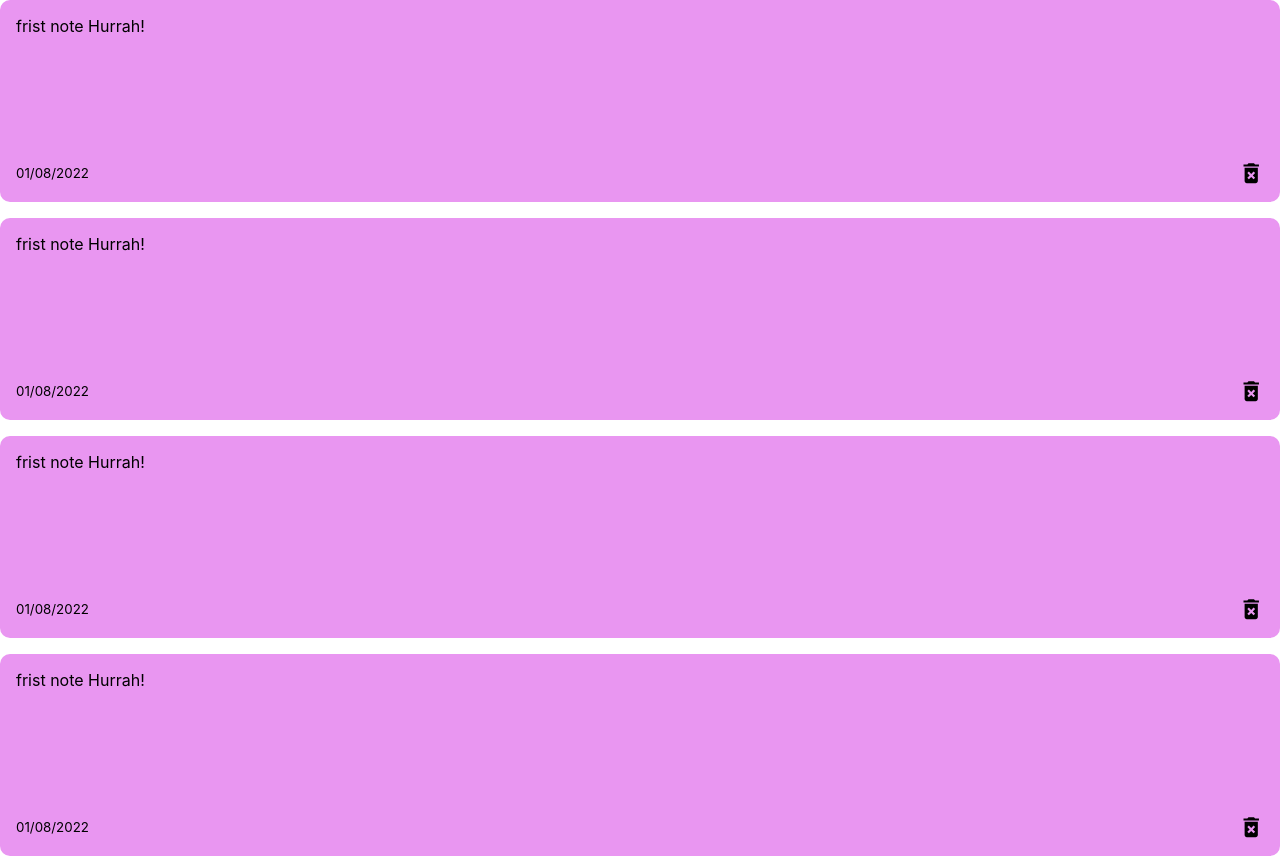
Repository: DeraBola/react-notes-app
Page: /
These files come from the project's save history. The page is drawn as it stood at one moment and after the next save; the edit follows.
The browser window is 1280 px wide. The pictures show the whole page.
The project was rebuilt for these pictures with package versions that can differ from the ones it lists, and the page was loaded fresh each time.

Above is the page before, as saved 2022-08-01 12:16:29.

### src/index.js
import React from 'react';
import ReactDOM from 'react-dom/client';
import './index.css';
import App from './App';


const root = ReactDOM.createRoot(document.getElementById('root'));
root.render(
  <React.StrictMode>
    <App />
  </React.StrictMode>
);

### src/index.css
body {
    margin: 0;
    font-family: -apple-system, BlinkMacSystemFont, 'Segoe UI', 'Roboto', 'Oxygen', 'Ubuntu', 'Cantarell', 'Fira Sans', 'Droid Sans', 'Helvetica Neue', sans-serif;
    -webkit-font-smoothing: antialiased;
    -moz-osx-font-smoothing: grayscale;
}

code {
    font-family: source-code-pro, Menlo, Monaco, Consolas, 'Courier New', monospace;
}

.notes-list {
    display: grid;
    grid-gap: 1rem;
    grid-template-columns: repeat(auto-fit, minmax(250px, 1f));
}

.note {
    background-color: #e996f1;
    border-radius: 10px;
    padding: 1rem;
    min-height: 170px;
    display: flex;
    flex-direction: column;
    justify-content: space-between;
}

.note-footer {
    display: flex;
    align-items: center;
    justify-content: space-between;
}

### src/App.js
import NotesList from './components/NotesList';

 const App = () =>{
   return(
    <div className="container" >
      <NotesList />
    </div>
   )
 }

 export default App;

### src/components/NotesList.js
import Note from './Note';

const NotesList  = () => {
return(
    <div className="notes-list">
        <Note />
        <Note />
        <Note />
        <Note />
    </div>
);
};

export default NotesList;

### src/components/Note.js

import { MdDeleteForever } from 'react-icons/md'

const Note  = () => {
    return(
        <div className='note'>
             <span>frist note Hurrah!</span>
             <div className="note-footer">
                <small>01/08/2022</small>
                <MdDeleteForever className='delete-icon' size='0.7cm' />
             </div>
        </div>
    );
    };

    export default Note;

Loaded but not shown: public/index.html (common file)

After the next save:
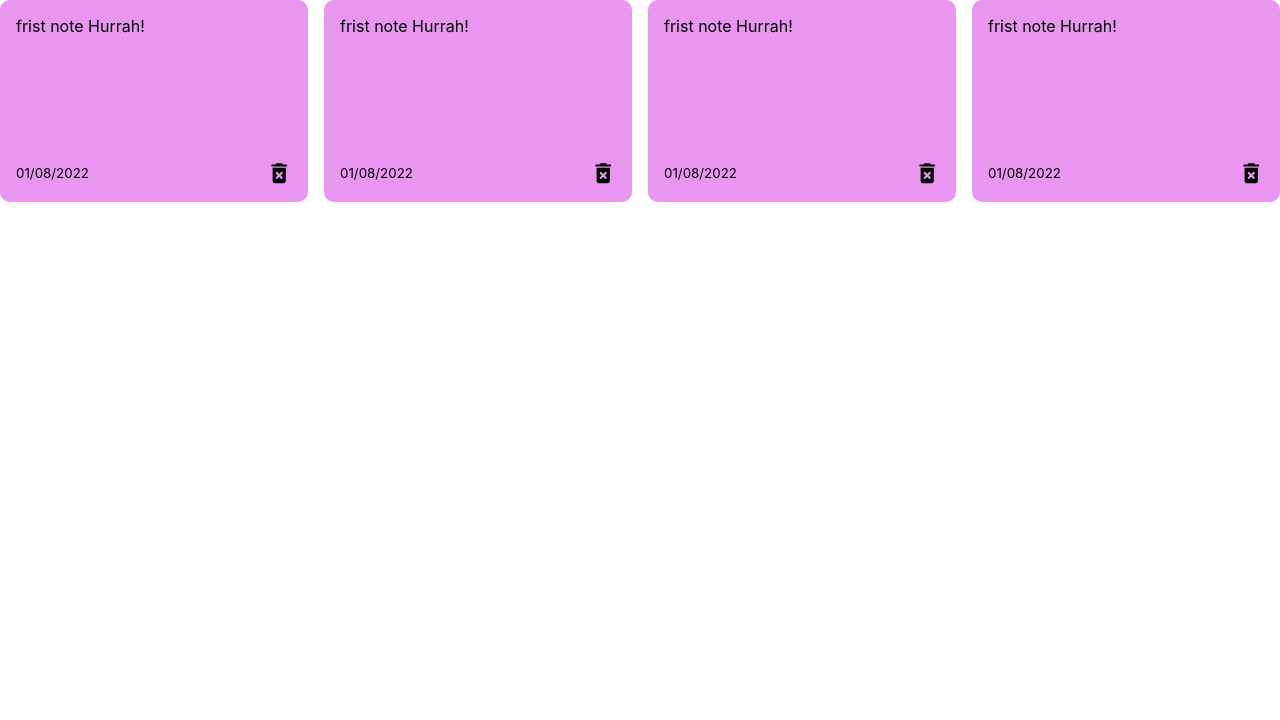
Saved 27 s later.
--- a/src/index.css
+++ b/src/index.css
@@ -12,7 +12,7 @@ code {
 .notes-list {
     display: grid;
     grid-gap: 1rem;
-    grid-template-columns: repeat(auto-fit, minmax(250px, 1f));
+    grid-template-columns: repeat(auto-fit, minmax(250px, 1fr));
 }
 
 .note {
